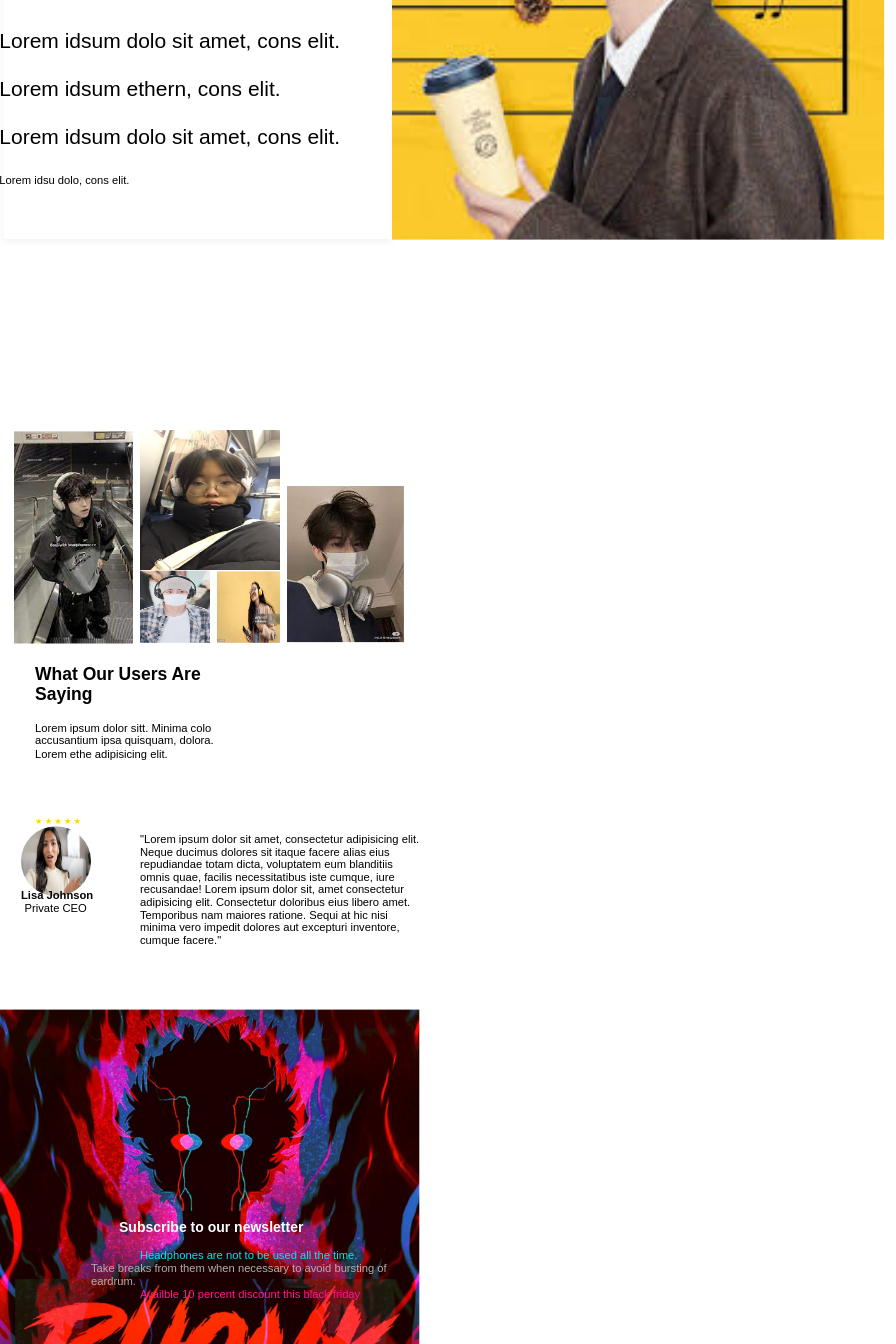
Repository: Femi007-gh/headphones
Page: index.html
The author's editor kept a copy of each file at every save. The page is drawn from the files as they stood at one save, then again after the next save.
The browser window is 1280 px wide. The pictures show the part of the page from y = 4276 to 6196 px (the page is 6317 px tall before and 6333 px after), at 70% of full size.

Above is the page before, as saved 2025-03-03 08:59:51.

After the next save:
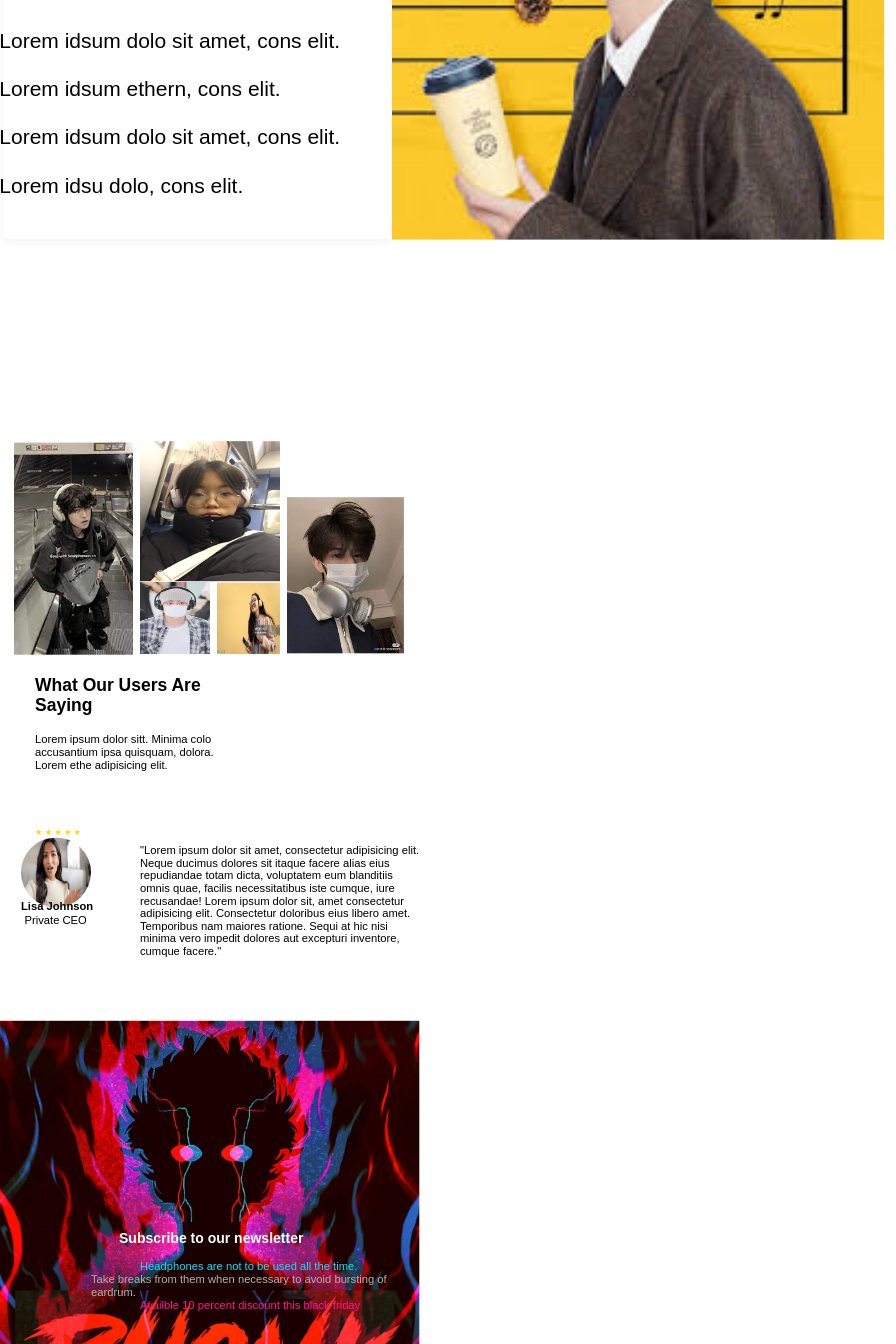
Saved 4 s later.
--- a/style.css
+++ b/style.css
@@ -500,7 +500,7 @@
     color: black;
   }
 
-  .lorem10, .lorem11, .lorem12,.lorem13, .head3, .lorem14, .lorem15, .lorem16, .lo {
+  .lorem10, .lorem11, .lorem12,.lorem13, .head3, .lorem14, .lorem15, .lorem16, .lorem17 {
      font-size: 30px;
   }
   .lorem10, .lorem11, .lorem12,.lorem13, .lorem14, .lorem15, .lorem16, .lorem17 {
